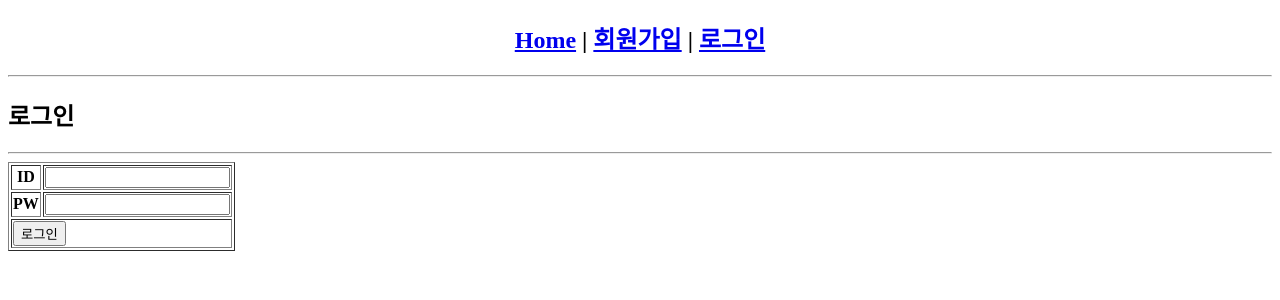
Repository: siucrystal/siuproject
Page: http://localhost/mini_project/login.jsp
The author's editor kept a copy of each file at every save. The page is drawn from the files as they stood at one save, then again after the next save.
The browser window is 1280 px wide. The pictures show the whole page.
The page is served by Tomcat 9.

Above is the page before, as saved 2023-09-22 05:57:22.
Console error: ReferenceError: $ is not defined

After the next save:
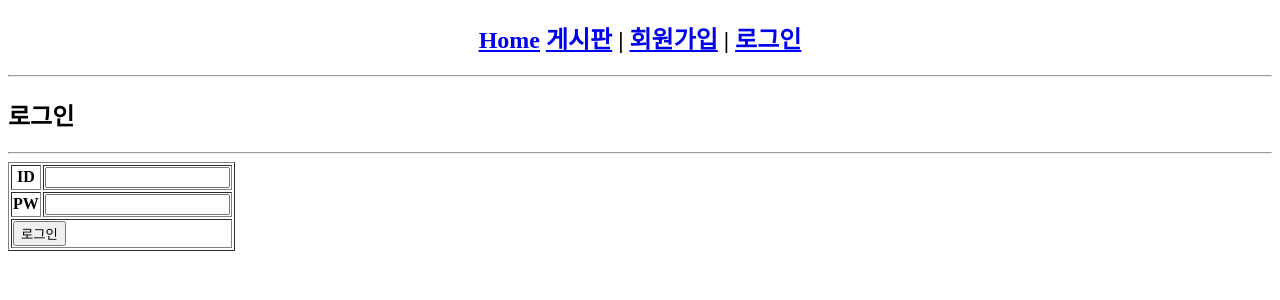
Saved 22 s later.
--- a/jspws/mini_project/src/main/webapp/loginmenu.jsp
+++ b/jspws/mini_project/src/main/webapp/loginmenu.jsp
@@ -13,6 +13,7 @@
 </script>
 <h2 id="service">
 <a href="index.do">Home</a>
+<a href="board.do">게시판</a>
 
 <% if (session.getAttribute("id") == null) { %>
 	 | <a href="join.do" class ="menu">회원가입</a> |
